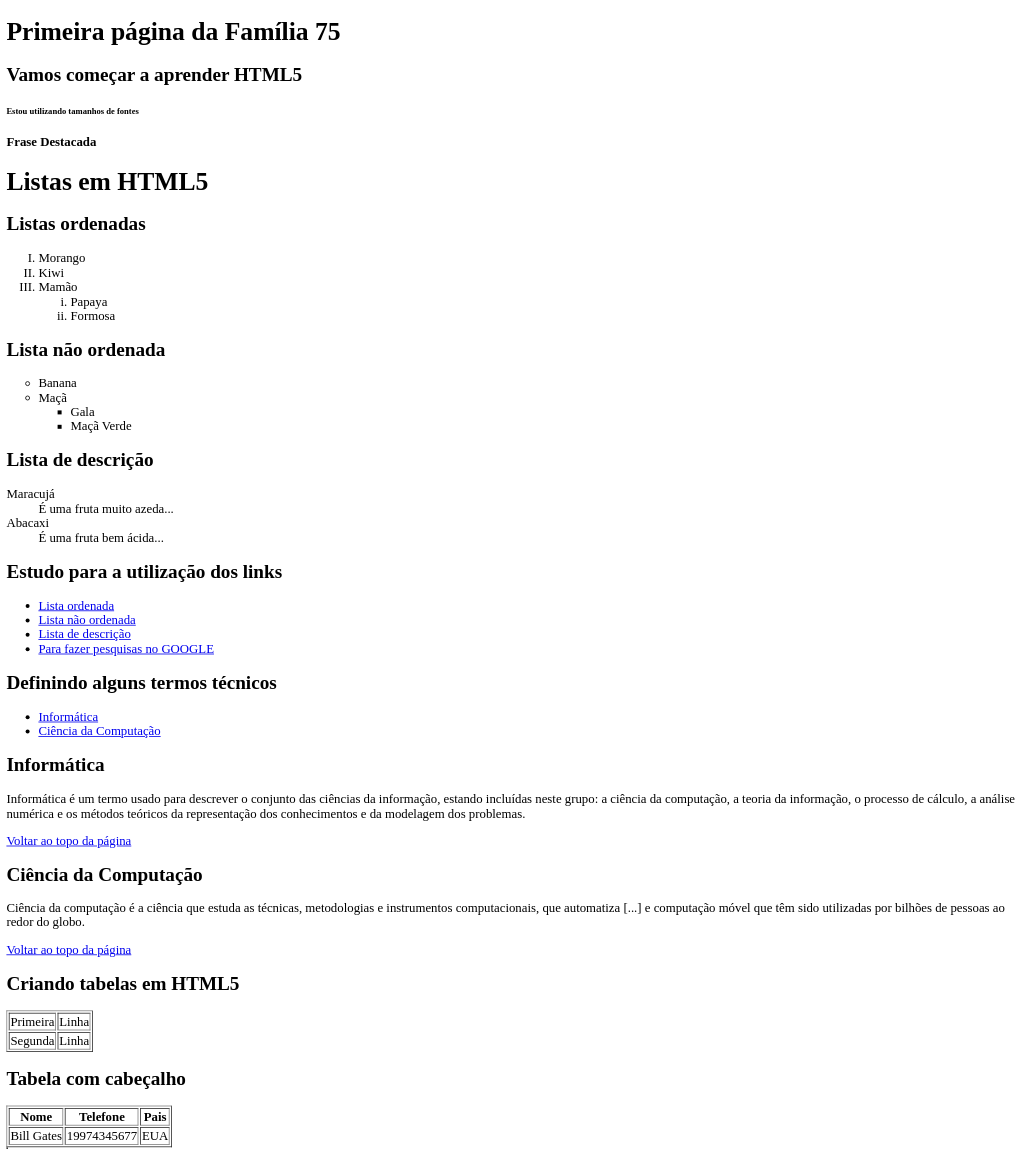
Repository: Thichi99/BootcampGen75
Page: Familia75/index.html
The author's editor kept a copy of each file at every save. The page is drawn from the files as they stood at one save, then again after a run of saves.
The browser window is 1280 px wide. The pictures show the whole page, at 80% of full size.

Above is the page before, as saved 2024-07-26 11:43:34.

### Familia75/index.html
<!DOCTYPE html> <!--Estou indicando que é um documento do tipo HTML-->
<html lang="pt-br">
<head>
    <meta charset="UTF-8">
    <meta name="viewport" content="width=device-width, initial-scale=1.0">
    <meta name="author" content="Luís Guerreiro">
    <meta name="description" content="Minha primeira pagina Web -- Olá Mundo!!!">
    <meta name="keywords" content="Pobreza,erradicação,familia">
    <title>Família 75</title>
</head>
<body>
   <h1>Primeira página da Família 75</h1>
   <h2>Vamos começar a aprender HTML5</h2>
   <h6>Estou utilizando tamanhos de fontes</h6>
   <strong>Frase Destacada</strong>
   <h1>Listas em HTML5</h1>
   <h2>Listas ordenadas</h2>
   <ol type="I">
        <li>Morango</li>
        <li>Kiwi</li>
        <li>Mamão
            <ol type="i">
                <li>Papaya</li>
                <li>Formosa</li>
            </ol>
        </li>
   </ol>
   <h2>Lista não ordenada</h2>
   <ul type="circle">
        <li>Banana</li>
        <li>Maçã
            <ul type="square">
                <li>Gala</li>
                <li>Maçã Verde</li>
            </ul>
        </li>
   </ul>
   <h2>Lista de descrição</h2>
   <dl>
        <dt>Maracujá</dt>
        <dd>É uma fruta muito azeda...</dd>
        <dt>Abacaxi</dt>
        <dd>É uma fruta bem ácida...</dd>
   </dl>

   <h2>Estudo para a utilização dos links</h2>
   <ul>
    <li><a href=".\ordenada.html">Lista ordenada</a></li>
    <li><a href=".\naoOrdenada.html">Lista não ordenada</a></li>
    <li><a href=".\listadescricao.html">Lista de descrição</a></li>
    <li><a href="http://google.com" target="_blank">Para fazer pesquisas no GOOGLE</a></li>

   </ul>

   <h2>Definindo alguns termos técnicos</h2>
   <ul>
    <li><a href="#Info1">Informática</a></li>
    <li><a href="#Computação">Ciência da Computação</a></li>
   </ul>
   <a name="Info1" title="Descrição de informática">
    <h2>Informática</h2>
   </a>
   <p>
    Informática é um termo usado para descrever o conjunto das ciências da informação,
estando incluídas neste grupo: a ciência da computação, a teoria da informação, o
processo de cálculo, a análise numérica e os métodos teóricos da representação dos
conhecimentos e da modelagem dos problemas.
   </p>
   <p><a href="#">Voltar ao topo da página</a></p>

   <a name="Computação" title="Ciência da Computação">
    <h2>Ciência da Computação</h2>
   </a>
   <p>
    Ciência da computação é a ciência que estuda as técnicas, metodologias e instrumentos
computacionais, que automatiza [...] e computação móvel que têm sido utilizadas por bilhões de
pessoas ao redor do globo.
   </p>
   <p><a href="#">Voltar ao topo da página</a></p>

   <h2>Criando tabelas em HTML5</h2>
   <table border="1" cellpading="10">
    <tr>
        <td>Primeira</td>
        <td>Linha</td>
    </tr>
    <tr>
        <td>Segunda</td>
        <td>Linha</td>
    </tr>
   </table>

   <h2>Tabela com cabeçalho</h2>
   <table border="1">
    <tr>
        <th>Nome</th>
        <th>Telefone</th>
        <th>Pais</th>
    </tr>
    <tr>
        <td>Bill Gates</td>
        <td>19974345677</td>
        <td>EUA</td>
    </tr>
   </table>
   <table border="1">
    <tr>

    </tr>
   </table>
</body>
</html>

After the next 4 saves:
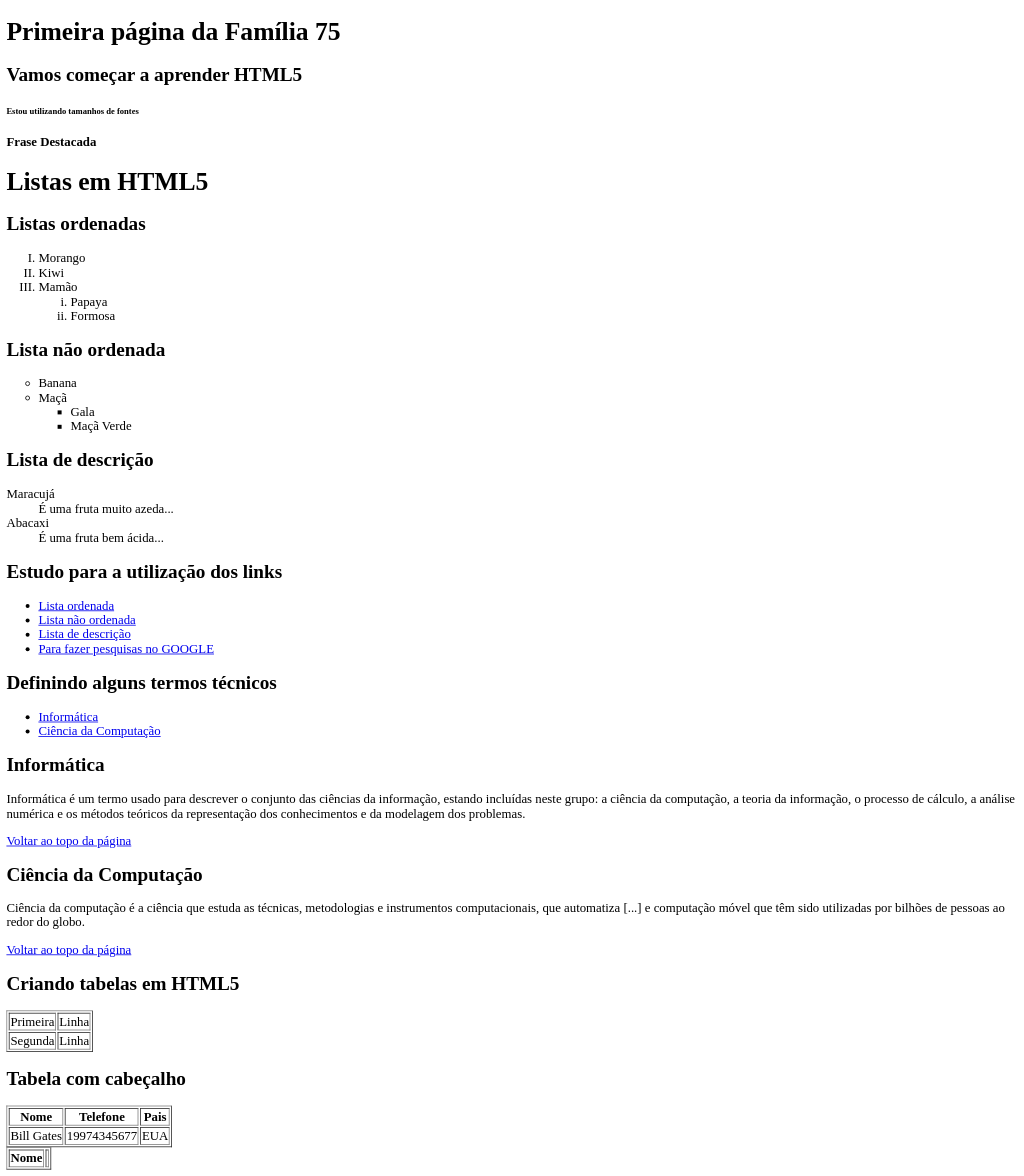
The 4 saves are shown as one change because they came seconds apart.
The last was saved 12 s later.
--- a/Familia75/index.html
+++ b/Familia75/index.html
@@ -105,7 +105,8 @@
    </table>
    <table border="1">
     <tr>
-
+        <th>Nome</th>
+        <td></td>
     </tr>
    </table>
 </body>
